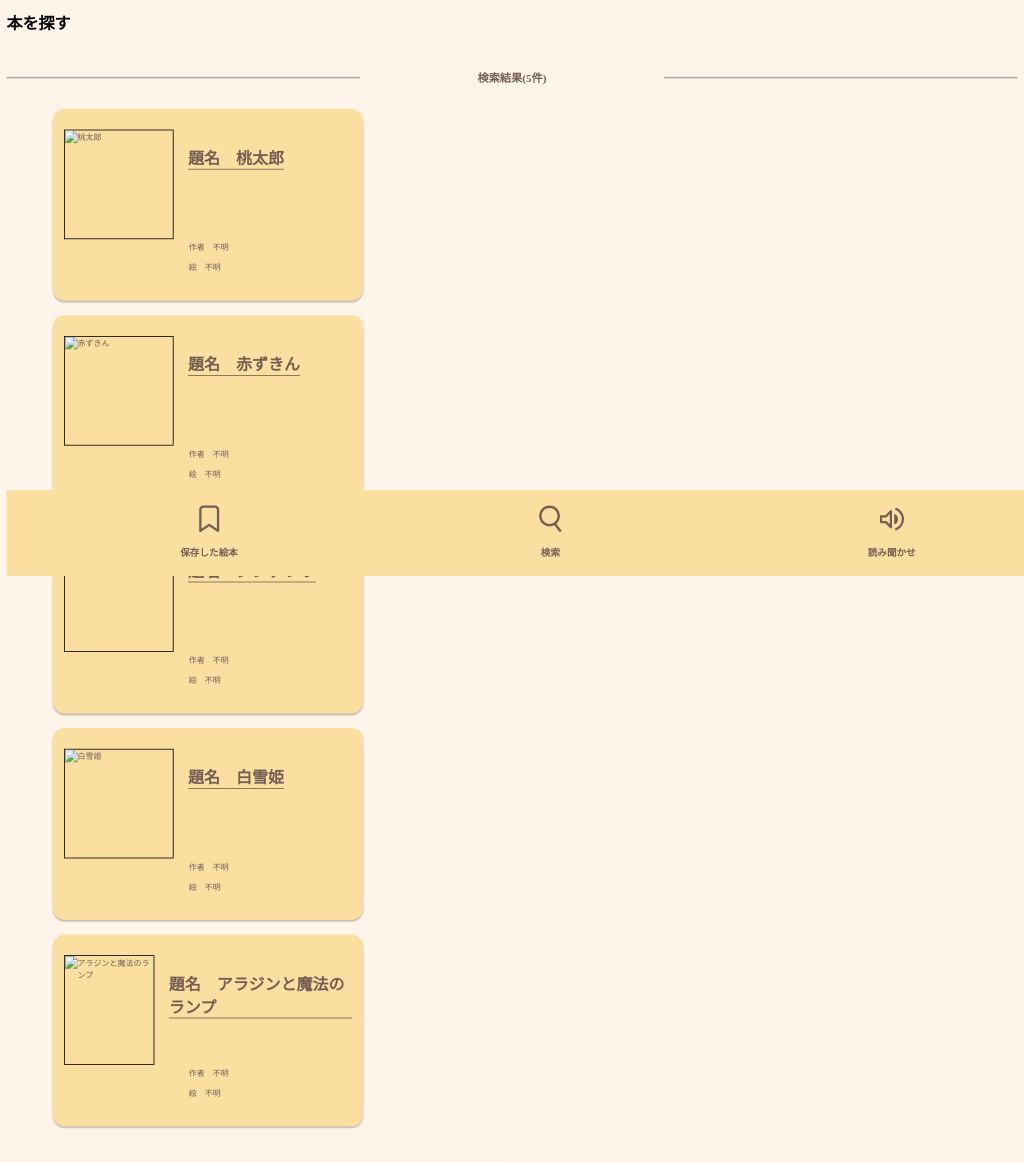
Repository: kmii12/2024-teampj
Page: /result
The author's editor kept a copy of each file at every save. The page is drawn from the files as they stood at one save, then again after the next save.
The browser window is 1280 px wide. The pictures show the whole page, at 80% of full size.
The project was rebuilt for these pictures with package versions that can differ from the ones it lists, and the page was loaded fresh each time. The framework's server and built-in components were replaced by stand-ins that run in the browser. Also part of the build but not shown: next.config.mjs.

Above is the page before, as saved 2024-10-23 11:51:46.

### src/app/result/page.tsx
"use client";

import Link from "next/link";
import styles from "./Result.module.scss";
import { usePathname } from "next/navigation";

export default function Result() {
  const pathname = usePathname();

  //ダミーデータ（あとからfirebaseから取得）
  const ResultDatas = [
    {
      id: 1,
      title: "桃太郎",
      writer: "不明",
      illustrator: "不明",
      image: "",
      livingThing: ["人間", "陸の生き物", "空の生き物"],
      mainCharacter: "桃太郎",
      character: [
        "桃太郎",
        "犬",
        "猿",
        "キジ",
        "鬼",
        "おじいさん",
        "おばあさん",
      ],
      genre: "昔話",
      location: "日本",
      hue: "不明",
      atmosphere: "",
      season: "不明",
    },
    {
      id: 2,
      title: "赤ずきん",
      writer: "不明",
      illustrator: "不明",
      image: "",
      livingThing: ["人間", "陸の生き物", "空の生き物"],
      mainCharacter: "赤ずきん",
      character: ["赤ずきん", "おばあさん", "オオカミ"],
      hue: "不明",
      atmosphere: ["かわいい", "怖い"],
      genre: "昔話",
      location: "海外",
      season: "不明",
    },
    {
      id: 3,
      title: "シンデレラ",
      writer: "不明",
      illustrator: "不明",
      livingThing: "人間",
      mainCharacter: "シンデレラ",
      character: ["シンデレラ", "王子", "魔法使い"],
      genre: "昔話",
      location: "海外",
      hue: "不明",
      atmosphere: "",
      season: "不明",
    },
    {
      id: 4,
      title: "白雪姫",
      writer: "不明",
      illustrator: "不明",
      livingThing: ["人間", "陸の生き物"],
      mainCharacter: "白雪姫",
      character: ["白雪姫", "王子", "魔女", "小人"],
      genre: "昔話",
      location: "海外",
      hue: "不明",
      atmosphere: "",
      season: "不明",
    },
    {
      id: 5,
      title: "アラジンと魔法のランプ",
      writer: "不明",
      illustrator: "不明",
      livingThing: ["人間", "陸の生き物"],
      mainCharacter: "アラジン",
      character: ["アラジン", "ジーニー", "王女", "魔法使い", "盗賊"],
      genre: "昔話",
      location: "海外",
      hue: "不明",
      atmosphere: "",
      season: "不明",
    },
  ];
  return (
    <>
      <h1>本を探す</h1>

      <div className={styles.resultContainer}>
        <h2>検索結果({ResultDatas.length}件)</h2>
        <ul className={styles.resultList}>
          <div className={styles.resultItemWrap}>
            {ResultDatas.map((result) => (
              <li key={result.id} className={styles.resultItem}>
                <div className={styles.itemImageWrap}>
                  <img
                    src={result.image}
                    alt={result.title}
                    className={styles.image}
                  />
                </div>
                <div className={styles.itemDescriptionWrap}>
                  <h3 className="title">題名　{result.title}</h3>
                  <div className={styles.fixedBottom}>
                    <p className="writer">作者　{result.writer}</p>
                    <p className="illustrator">絵　{result.illustrator}</p>
                  </div>
                </div>
              </li>
            ))}
          </div>
        </ul>
      </div>
    </>
  );
}

### src/app/globals.css
html {
  font-size: 62.5%;
}

body {
  font-family: "Zen Maru Gothic", serif;
  background-color: #fff4ea;
}

a {
  color: inherit;
  text-decoration: none;
}

li {
  list-style-type: none;
}

### src/app/components/Footer.tsx
"use client";

import Link from "next/link";
import styles from "./Footer.module.scss";
import { usePathname } from "next/navigation";

export default function Footer() {
  const pathname = usePathname();

  return (
    <footer className={styles.footer}>
      <nav>
        <ul>
          <li>
            <Link
              href="/saved"
              className={pathname === "/saved" ? styles.active : ""}
            >
              <svg
                xmlns="http://www.w3.org/2000/svg"
                width="40"
                height="40"
                viewBox="0 0 40 40"
                fill="none"
              >
                <path
                  d="M31.5577 36C31.2643 35.9944 30.9782 35.9096 30.7308 35.7549L20.5 28.7589L10.2692 35.7549C10.0433 35.8898 9.78379 35.9611 9.51923 35.9611C9.25467 35.9611 8.99521 35.8898 8.76923 35.7549C8.54791 35.643 8.3604 35.4762 8.22542 35.271C8.09043 35.0658 8.01271 34.8295 8 34.5857V8.18571C8 6.81038 8.55718 5.49137 9.54895 4.51886C10.5407 3.54635 11.8859 3 13.2885 3H27.7115C29.1141 3 30.4593 3.54635 31.451 4.51886C32.4428 5.49137 33 6.81038 33 8.18571V34.5857C33.001 34.8425 32.9297 35.0945 32.7939 35.3141C32.6582 35.5337 32.4633 35.7123 32.2308 35.8303C32.0245 35.9413 31.793 35.9996 31.5577 36ZM20.5 25.6286C20.7947 25.6255 21.0833 25.7111 21.3269 25.8737L30.1154 31.8703V8.18571C30.1154 7.56056 29.8621 6.96101 29.4113 6.51896C28.9605 6.07691 28.3491 5.82857 27.7115 5.82857H13.2885C12.6509 5.82857 12.0395 6.07691 11.5887 6.51896C11.1379 6.96101 10.8846 7.56056 10.8846 8.18571V31.8703L19.6731 25.8737C19.9167 25.7111 20.2053 25.6255 20.5 25.6286Z"
                  fill={pathname === "/saved" ? "#c96868" : "#755D52"}
                />
              </svg>
              <p
                style={{
                  color: pathname === "/saved" ? "#c96868" : "#755D52",
                }}
              >
                保存した絵本
              </p>
            </Link>
          </li>
          <li>
            <Link href="/" className={pathname === "/" ? styles.active : ""}>
              <svg
                xmlns="http://www.w3.org/2000/svg"
                width="40"
                height="40"
                viewBox="0 0 40 40"
                fill="none"
              >
                <path
                  fillRule="evenodd"
                  clipRule="evenodd"
                  d="M18.9346 25.8692C24.4214 25.8692 28.8692 21.4214 28.8692 15.9346C28.8692 10.4479 24.4214 6 18.9346 6C13.4479 6 9 10.4479 9 15.9346C9 21.4214 13.4479 25.8692 18.9346 25.8692ZM18.9346 28.8692C26.0782 28.8692 31.8692 23.0782 31.8692 15.9346C31.8692 8.79103 26.0782 3 18.9346 3C11.791 3 6 8.79103 6 15.9346C6 23.0782 11.791 28.8692 18.9346 28.8692Z"
                  fill={pathname === "/" ? "#c96868" : "#755D52"}
                />
                <path
                  fillRule="evenodd"
                  clipRule="evenodd"
                  d="M33.0447 35.7533C32.3807 36.2486 31.4408 36.1119 30.9455 35.4479L25.0052 27.4848C24.5099 26.8208 24.6466 25.881 25.3106 25.3856C25.9746 24.8903 26.9145 25.027 27.4098 25.691L33.3501 33.6541C33.8455 34.3181 33.7087 35.2579 33.0447 35.7533Z"
                  fill={pathname === "/" ? "#c96868" : "#755D52"}
                />
              </svg>
              <p
                style={{
                  color: pathname === "/" ? "#c96868" : "#755D52",
                }}
              >
                検索
              </p>
            </Link>
          </li>
          <li>
            <Link
              href="/read"
              className={pathname === "/read" ? styles.active : ""}
            >
              <svg
                xmlns="http://www.w3.org/2000/svg"
                width="40"
                height="40"
                viewBox="0 0 40 40"
                fill="none"
              >
                <path
                  d="M32.2221 19.8994C32.2221 17.3902 31.5324 15.124 30.1529 13.1006C28.7732 11.0776 26.9538 9.59382 24.6946 8.64937C24.3335 8.49187 24.0742 8.24423 23.9167 7.90646C23.7592 7.5684 23.7499 7.22812 23.8888 6.88562C24.0371 6.51507 24.2987 6.25576 24.6737 6.10771C25.0487 5.95965 25.4307 5.96424 25.8196 6.12146C28.5879 7.27896 30.8101 9.10076 32.4862 11.5869C34.1621 14.073 35 16.8438 35 19.8994C35 22.9549 34.1621 25.7258 32.4862 28.2119C30.8101 30.698 28.5879 32.5198 25.8196 33.6773C25.4307 33.8345 25.0487 33.8391 24.6737 33.691C24.2987 33.543 24.0371 33.2837 23.8888 32.9131C23.7499 32.5706 23.7592 32.2303 23.9167 31.8923C24.0742 31.5545 24.3335 31.3069 24.6946 31.1494C26.9538 30.2049 28.7732 28.7212 30.1529 26.6981C31.5324 24.6748 32.2221 22.4085 32.2221 19.8994ZM11.6667 24.941H6.38875C5.99069 24.941 5.65972 24.8091 5.39583 24.5452C5.13194 24.2813 5 23.9503 5 23.5523V16.3298C5 15.9317 5.13194 15.6008 5.39583 15.3369C5.65972 15.073 5.99069 14.941 6.38875 14.941H11.6667L17.6388 8.96896C18.074 8.53368 18.5764 8.4341 19.1458 8.67021C19.7153 8.90632 20 9.33451 20 9.95479V29.9273C20 30.5476 19.7153 30.9758 19.1458 31.2119C18.5764 31.448 18.074 31.3484 17.6388 30.9131L11.6667 24.941ZM27.5 19.941C27.5 21.293 27.1713 22.5315 26.5138 23.6565C25.8565 24.7815 24.9492 25.6587 23.7917 26.2881C23.5508 26.4178 23.3217 26.4109 23.1042 26.2673C22.8867 26.124 22.7779 25.9226 22.7779 25.6631V14.1631C22.7779 13.904 22.8867 13.7026 23.1042 13.559C23.3217 13.4156 23.5508 13.4087 23.7917 13.5381C24.9492 14.177 25.8565 15.0706 26.5138 16.219C27.1713 17.367 27.5 18.6077 27.5 19.941ZM17.2221 13.5244L12.8887 17.719H7.77792V22.1631H12.8887L17.2221 26.3856V13.5244Z"
                  fill={pathname === "/read" ? "#c96868" : "#755D52"}
                />
              </svg>
              <p
                style={{
                  color: pathname === "/read" ? "#c96868" : "#755D52",
                }}
              >
                読み聞かせ
              </p>
            </Link>
          </li>
        </ul>
      </nav>
    </footer>
  );
}

### src/app/result/Result.module.scss
@import "../styles/variables.scss";

.resultContainer {
  color: $text;
  margin: 44px 0; //resultPage全ての上下の余白
  // border: 1px solid #000;

  h2 {
    //検索結果
    position: relative;
    text-align: center;
    font-size: 1.4em;
    margin-bottom: 30px;
    &::before,
    &::after {
      content: "";
      position: absolute;
      top: 50%;
      width: 35%;
      height: 1.5px;
      background-color: #b9a6a6;
    }
    &::before {
      left: 0;
    }
    &::after {
      right: 0;
    }
  }
  h3 {
    //本の題名
    font-size: 2em;
    border-bottom: 1.5px solid $text;
  }

  .resultItem {
    //li
    padding: 26px 14px;
    margin: 18px;
    width: 360px;
    height: 188px;
    background-color: $main;
    border-radius: 15px;
    box-shadow: 0px 2px 2px rgba($color: #000000, $alpha: 0.25);
    display: flex;
    gap: 18px;
    position: relative;

    .itemImageWrap {
      width: 135px;
      height: 135px;
      border: 1px solid #000;
    }
    .fixedBottom {
      position: absolute;
      bottom: 25px;
      left: 170px;
    }
  }
}

### src/app/components/Footer.module.scss
@import "../styles/variables.scss";

.footer {
  width: 100%;
  height: 14dvh;
  padding-top: 1dvh;
  background-color: $main;
  position: fixed;
  bottom: 0;
  nav {
    width: inherit;
    height: inherit;
    ul {
      width: inherit;
      height: auto;
      display: flex;
      justify-content: space-around;
      align-items: center;
      li {
        width: calc(100% / 3);
        a {
          display: flex;
          flex-direction: column;
          justify-content: center;
          align-items: center;
          p {
            font-weight: 700;
            font-size: 1.2rem;
          }
        }
      }
    }
  }
}

### src/app/styles/variables.scss
// sassでカラーを使用するとき用

// 使用するファイルで最初に下記を記述
// コンポーネント用 → @import "../styles/variables.scss";
// ページ用 → @import "./styles/variables.scss";

$base: #fff4ea;
$main: #fadfa1;
$sub: #c96868;
$accent: #7eacb5;
$text: #755d52;

Loaded but not shown: src/app/layout.tsx (common file)

After the next save:
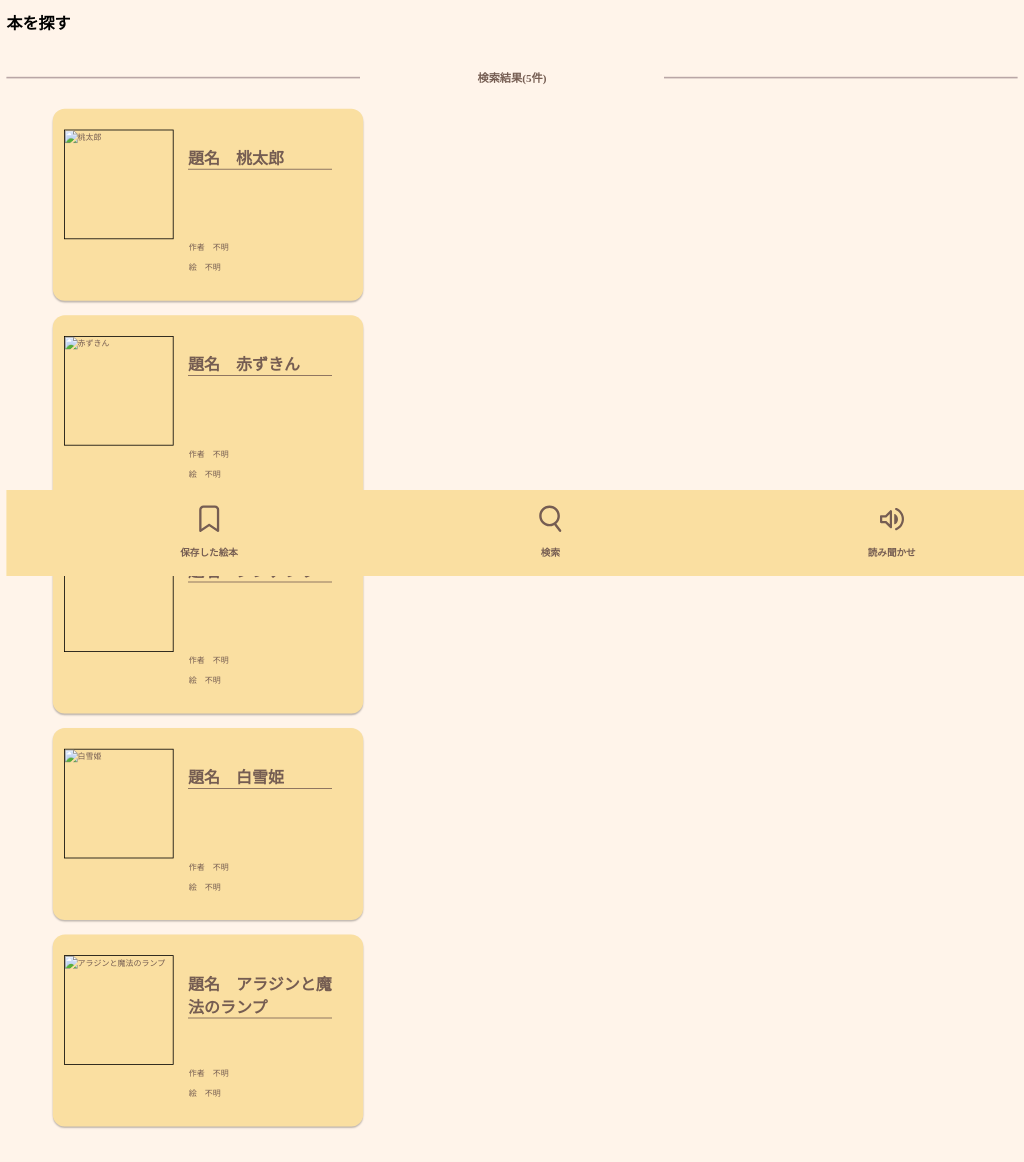
Saved 96 s later.
--- a/src/app/result/Result.module.scss
+++ b/src/app/result/Result.module.scss
@@ -31,6 +31,7 @@
     //本の題名
     font-size: 2em;
     border-bottom: 1.5px solid $text;
+    width: 180px;
   }
 
   .resultItem {
